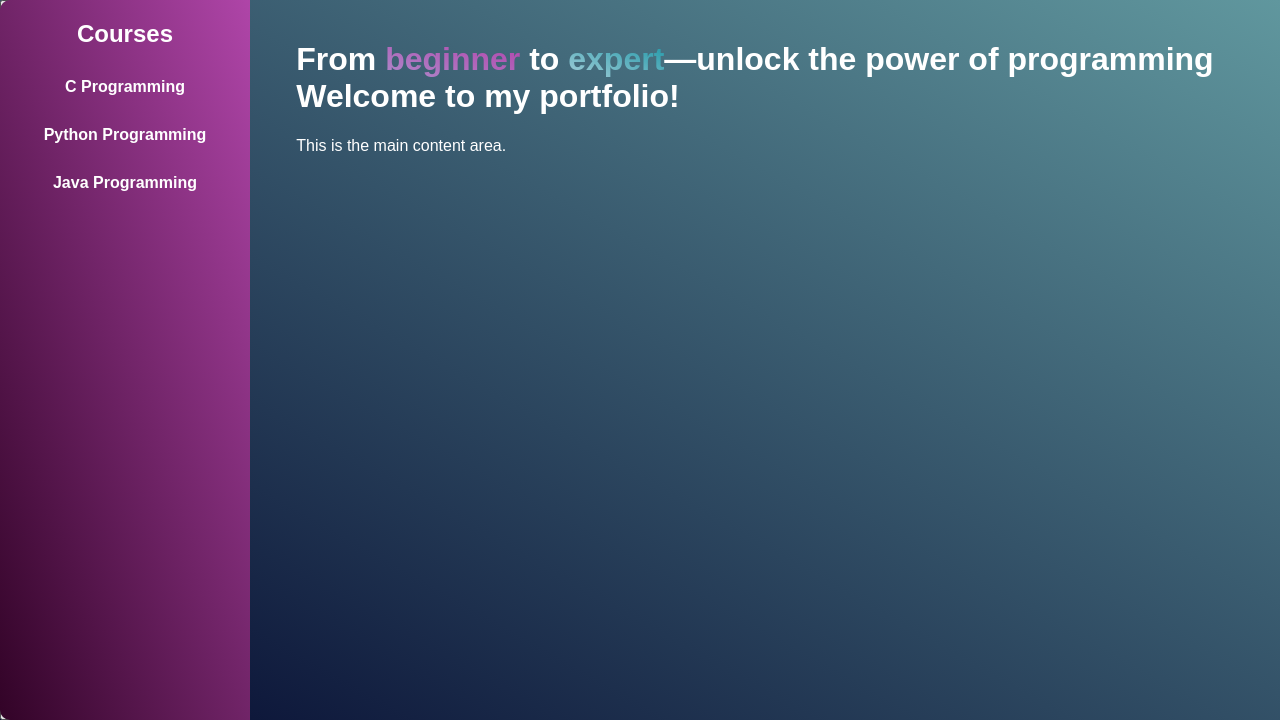
Repository: RishitSharma88/SeaGro
Page: templates/learningcourses.html
These files come from the project's save history. The page is drawn as it stood at one moment and after the next save; the edit follows.
The browser window is 1280 px wide. The pictures show the whole page.
The template is drawn by Flask 3. The application's start-up code is not run. The template is opened directly, without the code that normally fills it, so the values that code supplies are empty.

Above is the page before, as saved 2024-12-28 18:04:53.

After the next save:
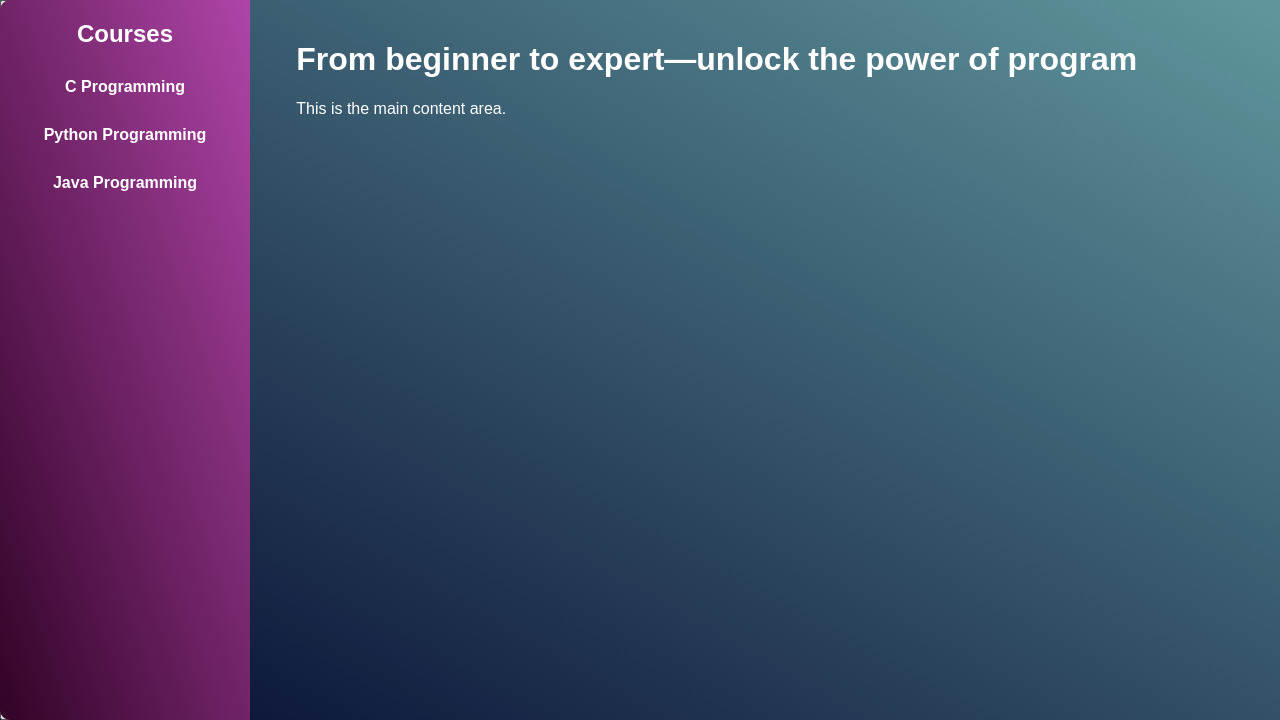
Saved 99 s later.
--- a/templates/learningcourses.html
+++ b/templates/learningcourses.html
@@ -155,14 +155,14 @@
     <div class="titlebox">
     <div class="main-content">
         <h1 id="typing">
-            From <span class="highlight">beginner</span> to <span class="expert">expert</span>—unlock the power of programming
+
         </h1>
         <p>This is the main content area.</p>
     </div>
     </div>
 
     <script>
-        const text = "Welcome to my portfolio!";
+        const text = "From beginner to expert—unlock the power of programming";
         let i = 0;
 
         function typeWriter() {
